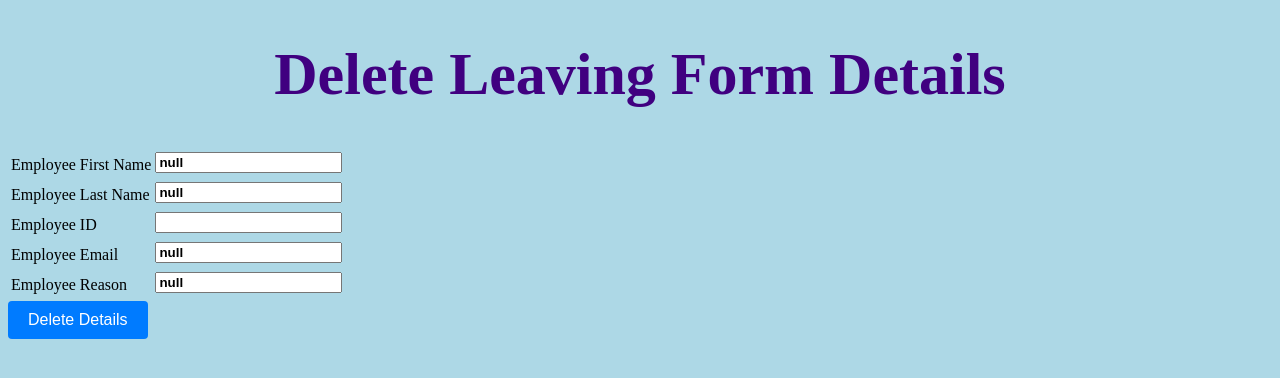
Repository: nishadi-s/Online-Staff-Management-System
Page: http://localhost/LeavingEmp/deleteEmp.jsp
These files come from the project's save history. The page is drawn as it stood at one moment and after the next save; the edit follows.
The browser window is 1280 px wide. The pictures show the whole page.
The page is served by Tomcat 9.

Above is the page before, as saved 2023-10-24 12:24:34.

After the next save:
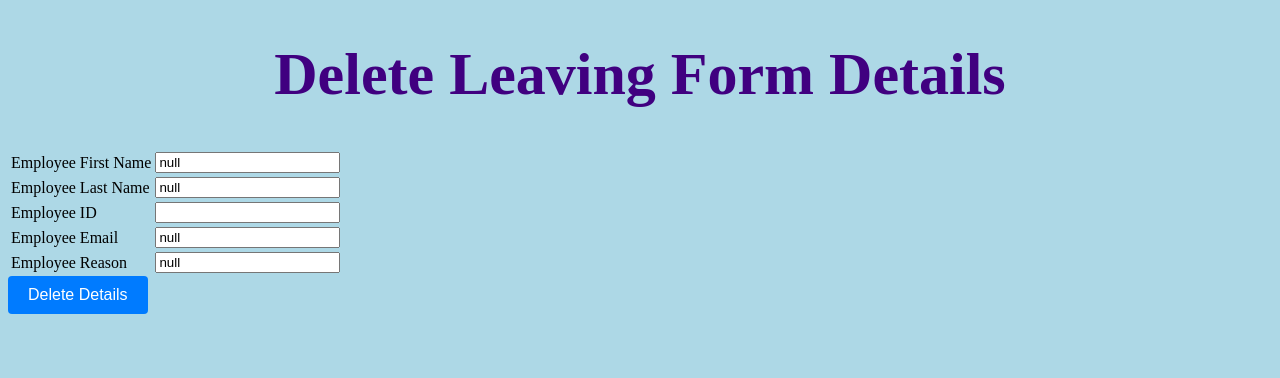
Saved 14 min 48 s later.
--- a/LeavingEmp/src/main/webapp/deleteEmp.css
+++ b/LeavingEmp/src/main/webapp/deleteEmp.css
@@ -21,29 +21,6 @@
   background-color: lightblue;
 }
 
-  /* Style form elements */
-  .form-group {
-    margin-bottom: 25px;
-  }
-
-  .form-label {
-    display: block;
-    font-weight: bold;
-    margin-bottom: 5px;
-  }
-
-  .form-control {
-    display: block;
-    font-weight: bold;
-    margin-bottom: 5px;
-  }
-
-  .form-control {
-    width: 100%;
-    padding: 8px;
-    border: 1px solid #ccc;
-    border-radius: 4px;
-  }
 
   /* Style submit button */
   .btn-primary {
